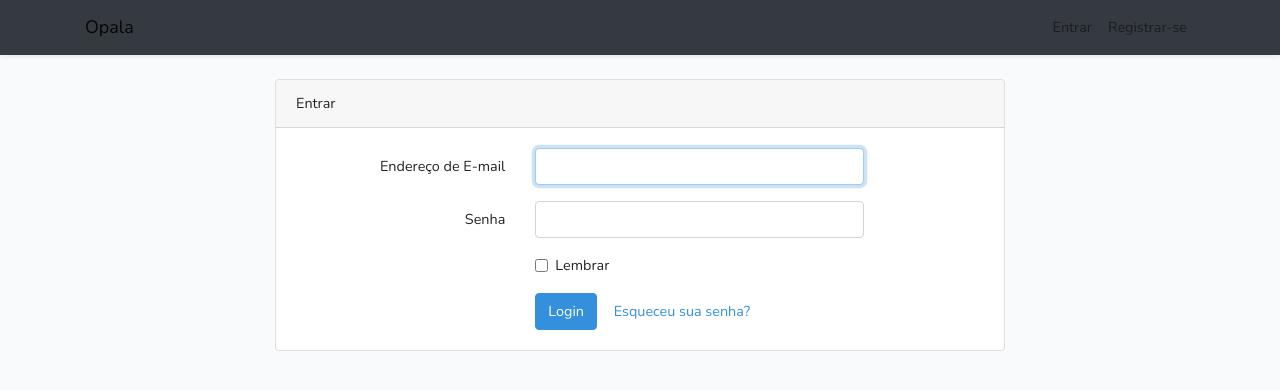
Repository: souzalu/Opala
Page: http://localhost/login
These files come from the project's save history. The page is drawn as it stood at one moment and after the next save; the edit follows.
The browser window is 1280 px wide. The pictures show the whole page.
The page is served by the project's Laravel application, run on PHP 8.4 with Laravel 8. Other server files are loaded and not shown.

Above is the page before, as saved 2020-09-18 21:20:36.

### routes/web.php
<?php

use Illuminate\Support\Facades\Route;
use Illuminate\Support\Facades\Auth;

/*
|--------------------------------------------------------------------------
| Web Routes
|--------------------------------------------------------------------------
|
| Here is where you can register web routes for your application. These
| routes are loaded by the RouteServiceProvider within a group which
| contains the "web" middleware group. Now create something great!
    Route::get('/', function () {
        return view('welcome');
    });
|
*/

// rotas dos produtos
Route::get('admin/produtos/create', 'ProdutoController@create')->name('create');
Route::get('admin/produtos/createCategorias', 'ProdutoController@createCategorias')->name('categorias');
Route::get('/admin/produtos/show', 'ProdutoController@index')->name('index'); //mostra todos os produtos cadastrados
Route::get('/storage/Cimagem/{imagem}', 'ProdutoController@image');
Route::get('/admin/produtos/edit/{id}', 'ProdutoController@edit')->name('edit');
Route::get('/admin/produtos/{id}','ProdutoController@show');
Route::delete('/admin/produtos/{id}', 'ProdutoController@destroy')->name('produtos_destroy');
Route::post('/produto/store','ProdutoController@store')->name('store');//salva os produtos no banco
Route::post('/createCategorias','ProdutoController@storeCategorias')->name('storeCategorias');//salva os produtos no banco
Route::put('/admin/produtos/edit/{id}', 'ProdutoController@update');
Route::get('/admin/index', 'UserController@empresa')->name('empresa');
Route::get('/admin/usershow', 'UserController@show')->name('usershow');




//rotas do site
Route::get('/cadastro', 'UserController@cadastro')->name('cadastro');
Route::get('/pagamento', 'CarrinhoController@pagamento')->name('pagamento');
Route::get('/produto', 'ProdutoController@produto')->name('produto');
Route::get('/produtodetalhe', 'ProdutoController@produtodetalhe')->name('produto_detalhe');




Auth::routes();

Route::get('/home', 'HomeController@index')->name('home');

### app/Http/Controllers/Auth/LoginController.php
<?php

namespace App\Http\Controllers\Auth;

use App\Http\Controllers\Controller;
use App\Providers\RouteServiceProvider;
use Illuminate\Foundation\Auth\AuthenticatesUsers;
use Illuminate\Support\Facades\Auth;
use App\Role;
use App\User;
use Illuminate\Http\Request;
class LoginController extends Controller
{
    /*
    |--------------------------------------------------------------------------
    | Login Controller
    |--------------------------------------------------------------------------
    |
    | This controller handles authenticating users for the application and
    | redirecting them to your home screen. The controller uses a trait
    | to conveniently provide its functionality to your applications.
    |
    */

    use AuthenticatesUsers;

    /**
     * Where to redirect users after login.
     *
     * @var string
     */
    public function redirectTo()
    {
        $user=User::find(Auth::user()->id);
        if($user->hasRole('admin')){
           return '/admin/index';
        }else{
            return '/home';
        }
    }

    public function loggedOut(Request $request)
    {
        return redirect('/home');
    }



    /**
     * Create a new controller instance.
     *
     * @return void
     */
    public function __construct()
    {
        $this->middleware('guest')->except('logout');
    }
}

### resources/views/auth/login.blade.php
@extends('layouts.app')

@section('content')
<div class="container">
    <div class="row justify-content-center">
        <div class="col-md-8">
            <div class="card">
                <div class="card-header">{{ __('Entrar') }}</div>

                <div class="card-body">
                    <form method="POST" action="{{ route('login') }}">
                        @csrf

                        <div class="form-group row">
                            <label for="email" class="col-md-4 col-form-label text-md-right">{{ __('Endereço de E-mail') }}</label>

                            <div class="col-md-6">
                                <input id="email" type="email" class="form-control @error('email') is-invalid @enderror" name="email" value="{{ old('email') }}" required autocomplete="email" autofocus>

                                @error('email')
                                    <span class="invalid-feedback" role="alert">
                                        <strong>{{ $message }}</strong>
                                    </span>
                                @enderror
                            </div>
                        </div>

                        <div class="form-group row">
                            <label for="password" class="col-md-4 col-form-label text-md-right">{{ __('Senha') }}</label>

                            <div class="col-md-6">
                                <input id="password" type="password" class="form-control @error('password') is-invalid @enderror" name="password" required autocomplete="current-password">

                                @error('password')
                                    <span class="invalid-feedback" role="alert">
                                        <strong>{{ $message }}</strong>
                                    </span>
                                @enderror
                            </div>
                        </div>

                        <div class="form-group row">
                            <div class="col-md-6 offset-md-4">
                                <div class="form-check">
                                    <input class="form-check-input" type="checkbox" name="remember" id="remember" {{ old('remember') ? 'checked' : '' }}>

                                    <label class="form-check-label" for="remember">
                                        {{ __('Lembrar') }}
                                    </label>
                                </div>
                            </div>
                        </div>

                        <div class="form-group row mb-0">
                            <div class="col-md-8 offset-md-4">
                                <button type="submit" class="btn btn-primary">
                                    {{ __('Login') }}
                                </button>

                                @if (Route::has('password.request'))
                                    <a class="btn btn-link" href="{{ route('password.request') }}">
                                        {{ __('Esqueceu sua senha?') }}
                                    </a>
                                @endif
                            </div>
                        </div>
                    </form>
                </div>
            </div>
        </div>
    </div>
</div>
@endsection

### resources/views/layouts/app.blade.php
<!doctype html>
<html lang="{{ str_replace('_', '-', app()->getLocale()) }}">
<head>
    <meta charset="utf-8">
    <meta name="viewport" content="width=device-width, initial-scale=1">

    <!-- CSRF Token -->
    <meta name="csrf-token" content="{{ csrf_token() }}">

    <title>Opala</title>

    <!-- Scripts -->
    <script src="{{ asset('js/app.js') }}" defer></script>

    <!-- Fonts -->
    <link rel="dns-prefetch" href="//fonts.gstatic.com">
    <link href="https://fonts.googleapis.com/css?family=Nunito" rel="stylesheet">

    <!-- Styles -->
    <link href="{{ asset('css/app.css') }}" rel="stylesheet">
</head>
<body>
    <div id="app">
        <nav class="navbar navbar-expand-md navbar-light bg-dark shadow-sm">
            <div class="container">
                <a class="navbar-brand" href="{{ url('/') }}">
                    Opala
                </a>
                <button class="navbar-toggler" type="button" data-toggle="collapse" data-target="#navbarSupportedContent" aria-controls="navbarSupportedContent" aria-expanded="false" aria-label="{{ __('Toggle navigation') }}">
                    <span class="navbar-toggler-icon"></span>
                </button>

                <div class="collapse navbar-collapse" id="navbarSupportedContent">
                    <!-- Left Side Of Navbar -->
                    <ul class="navbar-nav mr-auto">

                    </ul>

                    <!-- Right Side Of Navbar -->
                    <ul class="navbar-nav ml-auto">
                        <!-- Authentication Links -->
                        @guest
                            <li class="nav-item">
                                <a class="nav-link" href="{{ route('login') }}">{{ __('Entrar') }}</a>
                            </li>
                            @if (Route::has('register'))
                                <li class="nav-item">
                                    <a class="nav-link" href="{{ route('register') }}">{{ __('Registrar-se') }}</a>
                                </li>
                            @endif
                        @else
                            <li class="nav-item dropdown">
                                <a id="navbarDropdown" class="nav-link dropdown-toggle" href="#" role="button" data-toggle="dropdown" aria-haspopup="true" aria-expanded="false" v-pre>
                                    {{ Auth::user()->name }}
                                </a>

                                <div class="dropdown-menu dropdown-menu-right" aria-labelledby="navbarDropdown">
                                    <a class="dropdown-item" href="{{ route('logout') }}"
                                       onclick="event.preventDefault();
                                                     document.getElementById('logout-form').submit();">
                                        {{ __('Sair') }}
                                    </a>

                                    <form id="logout-form" action="{{ route('logout') }}" method="POST" class="d-none">
                                        @csrf
                                    </form>
                                </div>
                            </li>
                        @endguest
                    </ul>
                </div>
            </div>
        </nav>

        <main class="py-4">
            @yield('content')
        </main>
    </div>
</body>
</html>

Loaded but not shown: app/Http/Controllers/Controller.php (common file); app/Http/Controllers/Auth/ConfirmPasswordController.php (common file); public/css/app.css (library)

After the next save:
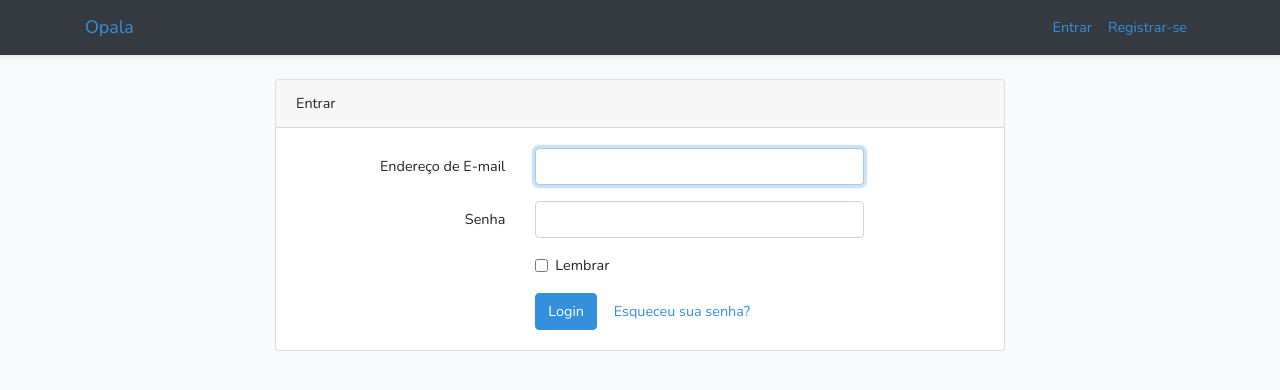
Saved 29 s later.
--- a/resources/views/layouts/app.blade.php
+++ b/resources/views/layouts/app.blade.php
@@ -21,7 +21,7 @@
 </head>
 <body>
     <div id="app">
-        <nav class="navbar navbar-expand-md navbar-light bg-dark shadow-sm">
+        <nav class="navbar navbar-expand-md navbar-white bg-dark shadow-sm">
             <div class="container">
                 <a class="navbar-brand" href="{{ url('/') }}">
                     Opala

After the save that followed:
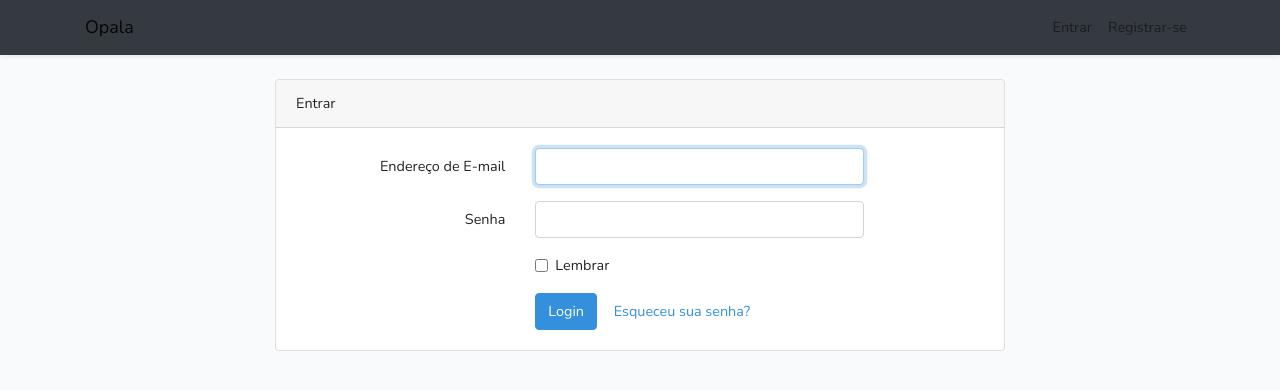
Saved 47 s later.
--- a/resources/views/layouts/app.blade.php
+++ b/resources/views/layouts/app.blade.php
@@ -21,7 +21,7 @@
 </head>
 <body>
     <div id="app">
-        <nav class="navbar navbar-expand-md navbar-white bg-dark shadow-sm">
+        <nav class="navbar navbar-expand-md navbar-light bg-dark text-white shadow-sm">
             <div class="container">
                 <a class="navbar-brand" href="{{ url('/') }}">
                     Opala
